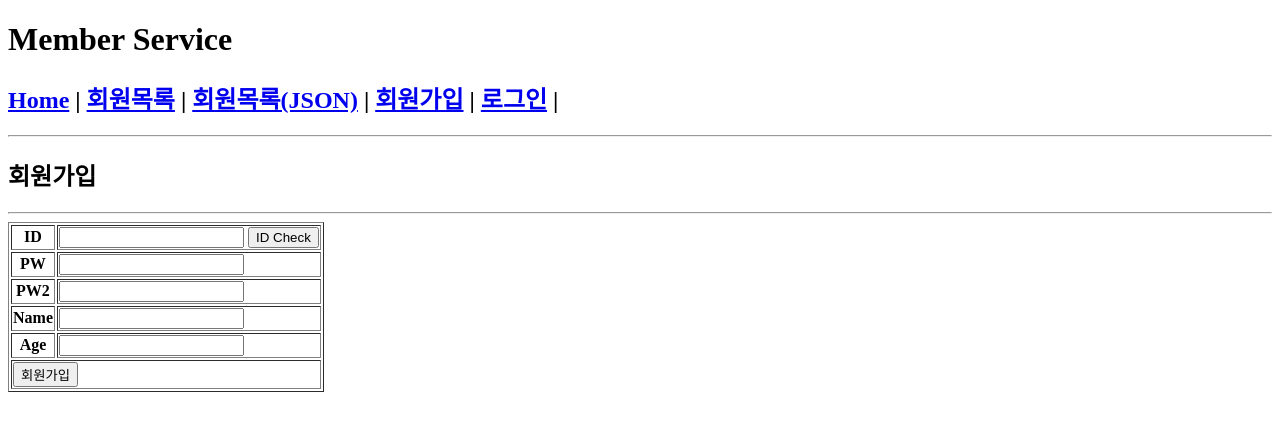
Repository: siucrystal/siuproject
Page: http://localhost/mini_project/project_example/joinJson.jsp
These files come from the project's save history. The page is drawn as it stood at one moment and after the next save; the edit follows.
The browser window is 1280 px wide. The pictures show the whole page.
The page is served by Tomcat 9. Other server files are loaded and not shown.

Above is the page before, as saved 2023-09-19 07:29:41.

### jspws/mini_project/src/main/webapp/project_example/joinJson.jsp
<%@ page language="java" contentType="text/html; charset=UTF-8"
    pageEncoding="UTF-8"%>
<!DOCTYPE html>
<html>
<head>
<meta charset="UTF-8">
<title>join.jsp</title>
<script type="text/javascript" src="http://code.jquery.com/jquery-3.5.1.min.js"></script>
<!-- 이건 id 유무체크 -->
<script>
	function getMemberListAjax(id) {
		$.ajax({
			contentType : 'application/json',
			type: 'GET',
			url: 'getMemberjson.jsp',
			data: {id:id},
			dataType: 'json',
			success: function(data) {
				console.log(data);
				if(data['rs'] === '0') {
					$('#use').css({display: 'table-row'});
					$('#notuse').css({display: 'none'});
					console.log("사용가능");
				}else{
					$('#notuse').css({display: 'table-row'});
					$('#use').css({display: 'none'});
					console.log("사용불가");
				}
			},
			error : function(xhr, status, error) {
				console.log(xhr, status, error);
			}
		});
	};
	$(function(){
		$('#notuse, #use').css({display: 'none'});
		$('#checkBtn').on('click',function(){
			getMemberListAjax($('#id').val());
		});
	});
</script>

<script>
	function ajaxJoin() {
		var id = $('#id').val();
		var pw = $("#pw").val();
	    var pw2 = $("#pw2").val();
	    var name = $('#name').val();
	    var age = $('#age').val();
	    // const params = {id,pw,name,age};
	    const params = {id:id, pw:pw, name:name, age:age};
	    // console.log("params : " +params);

	    // 비밀번호와 비밀번호 확인이 일치하는지 확인
	    console.log("pw : " + pw);
	    console.log("pw2 : " + pw2);
	    if (pw !== pw2) {
	        // 비밀번호가 일치하지 않는 경우
	        alert('비밀번호와 비밀번호 확인이 일치하지 않습니다.');
	        return;
	    }

		$.ajax({
			type: 'POST',
			url: 'joinProcAjax.jsp',
			dataType: 'json',
			data: params,
			success: function(data) {
				if(data['rs'] === 1) {
					alert('회원가입 되었습니다~');
					location.href = 'login.jsp';
				} else {
					alert('잠시후 다시 한번 시도해주세요ㅠ');
				}

			},
			error : function(xhr, status, error) {
				console.log(xhr, status, error);
				alert("실패했니?");
			}
		});
	};
	$(function(){
        $('#joinBtn').on('click', function() {
            ajaxJoin()
        });

	});
</script>
</head>
<body>
<%@include file="topmenu.jsp" %>
<h2>회원가입</h2>
<hr>
<form>
	<table border="1">
		<tr>
			<th>ID</th>
			<td>
				<input type="text" name="id" id="id">
				<input type="button" value="ID Check" id="checkBtn">
			</td>
		</tr>
		<tr id="use"><td colspan="2">사용가능한 아이디 입니다.</td></tr>
		<tr id="notuse"><td colspan="2">사용 불가능한 아이디 입니다.</td></tr>
		<tr><th>PW</th><td><input type="password" name="pw" id="pw"></td></tr>
		<tr><th>PW2</th><td><input type="password" name="pw2" id="pw2"></td></tr>
		<tr><th>Name</th><td><input type="text" name="name" id="name"></td></tr>
		<tr><th>Age</th><td><input type="text" name="age" id="age"></td></tr>
		<tr><td colspan="2"><input type="button" value="회원가입" id="joinBtn"></td></tr>
	</table>
</form>
</body>
</html>

### jspws/mini_project/src/main/webapp/project_example/topmenu.jsp
<%@ page language="java" contentType="text/html; charset=UTF-8"
    pageEncoding="UTF-8"%>
<script>
	function deleteConfirm() {
		const input = confirm("회원을 탈퇴할까요?");
		alert(input);
		if (input) location.href = "delete.jsp";
		else return;
	};
</script>
<h1>Member Service</h1>
<h2>
<a href="<%=request.getContextPath()%>">Home</a> |
<a href="memberList.jsp">회원목록</a> |
<a href="memberListJson.jsp">회원목록(JSON)</a> |

<% if (session.getAttribute("id") == null) { %>
	<a href="join.jsp">회원가입</a> |
	<a href="login.jsp">로그인</a> |

<% } else { %>
	<a href="update.jsp">정보수정</a> |
	<a href="#" onclick="deleteConfirm();">회원탈퇴</a> |
	<a href="logout.jsp">로그아웃</a> | <br>
	<%=session.getAttribute("name") %>(<%=session.getAttribute("id") %>) 로그인 중
<% } %>
</h2>
<hr>

After the next save:
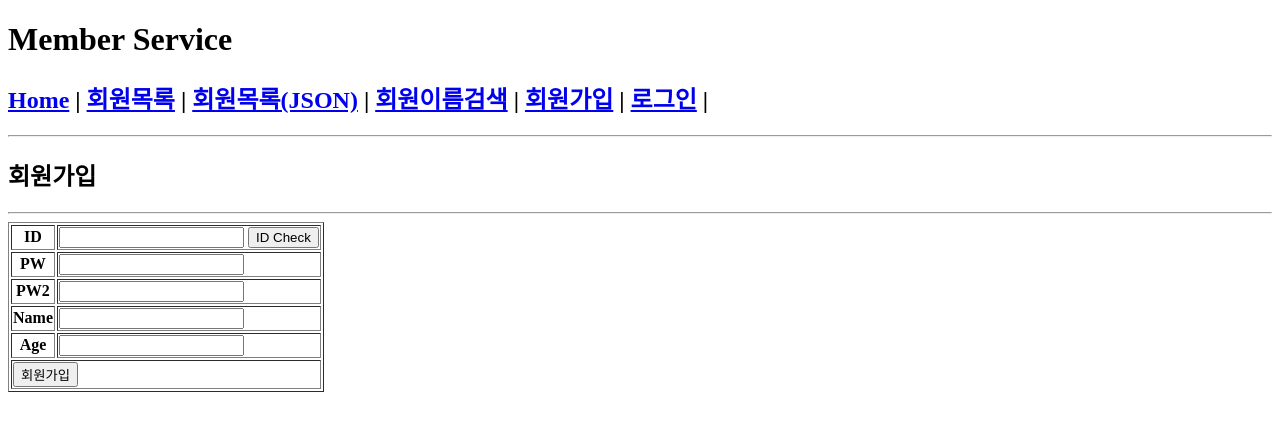
Saved 24 min 33 s later.
--- a/jspws/mini_project/src/main/webapp/project_example/topmenu.jsp
+++ b/jspws/mini_project/src/main/webapp/project_example/topmenu.jsp
@@ -13,6 +13,7 @@
 <a href="<%=request.getContextPath()%>">Home</a> |
 <a href="memberList.jsp">회원목록</a> |
 <a href="memberListJson.jsp">회원목록(JSON)</a> |
+<a href="SearchJson.jsp">회원이름검색</a> |
 
 <% if (session.getAttribute("id") == null) { %>
 	<a href="join.jsp">회원가입</a> |
